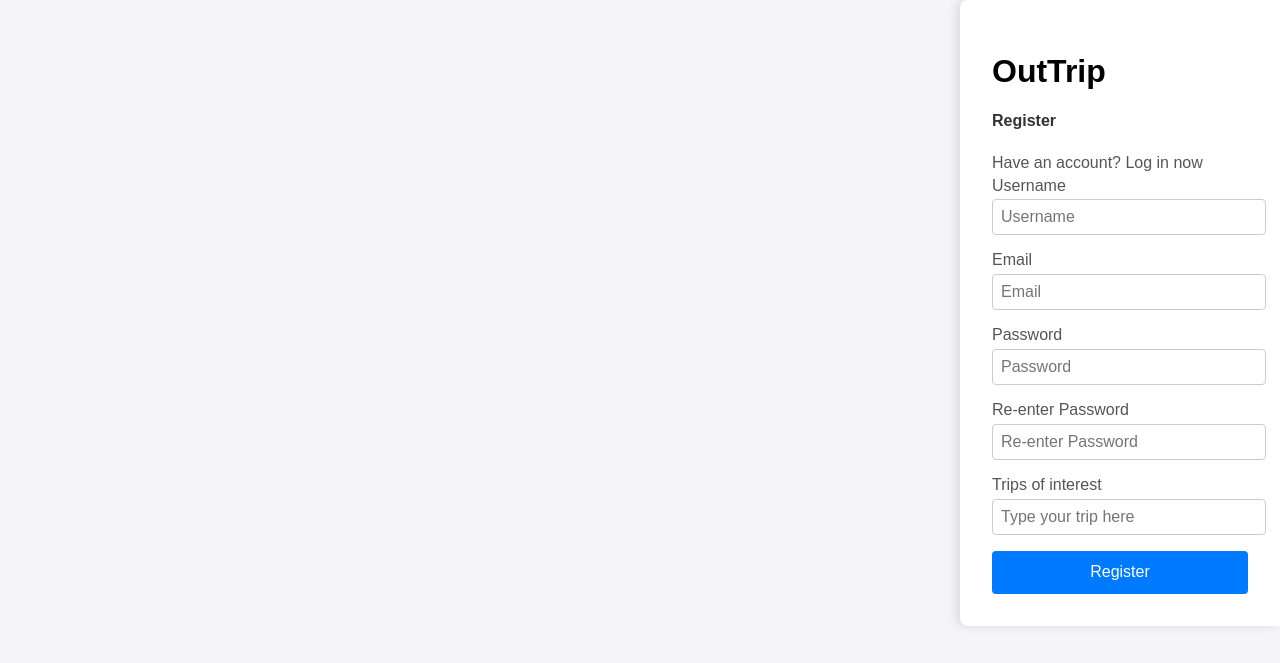
Repository: Nuttawut-Amattong/outtrip
Page: /register (app in OutTrip/)
An editor plug-in stored every save of this project. The page is shown before and after the next save, followed by the edit.
The browser window is 1280 px wide. The pictures show the whole page.
The project was rebuilt for these pictures with package versions that can differ from the ones it lists, and the page was loaded fresh each time. Also part of the build but not shown: OutTrip/vite.config.js, OutTrip/src/pages/Login.jsx, OutTrip/src/pages/Forgetpass.jsx.

Above is the page before, as saved 2025-05-19 01:00:33.

After the next save:
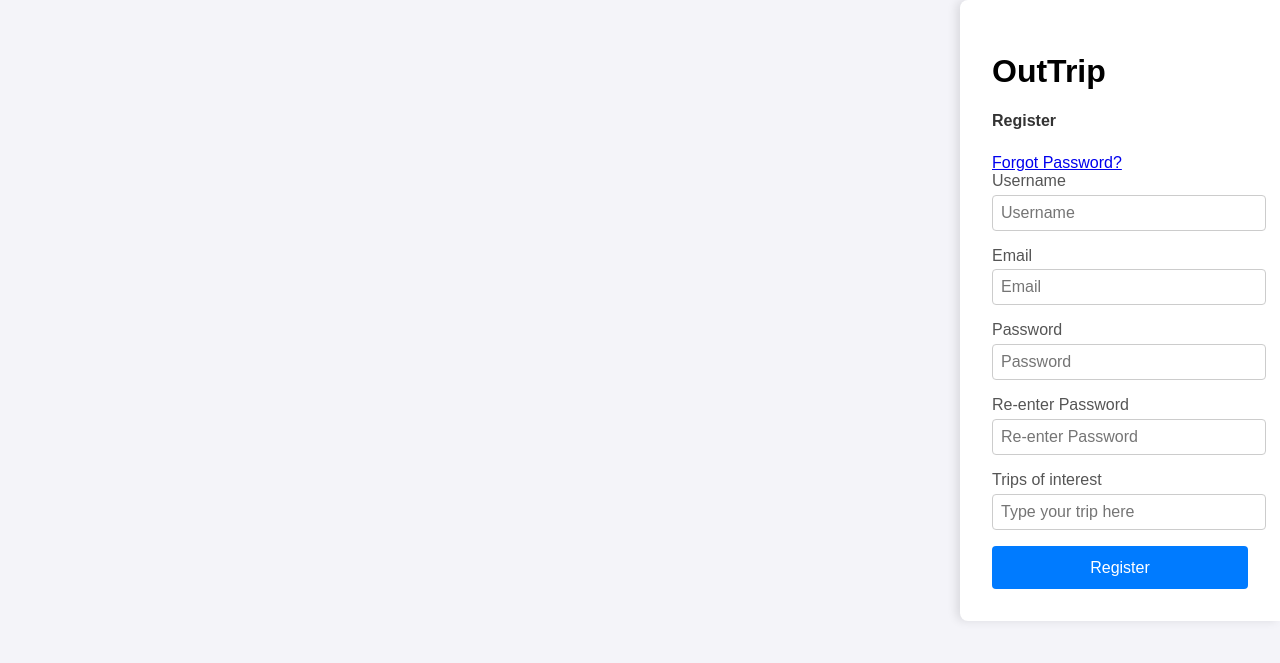
Saved 19 s later.
--- a/OutTrip/src/pages/Register.jsx
+++ b/OutTrip/src/pages/Register.jsx
@@ -36,7 +36,9 @@ const Register = () => {
         <div className="register-container">
             <h1>OutTrip</h1>
             <h2>Register</h2>
-            <label htmlFor="trip">Have an account? Log in now</label>
+            <div className="forgot-password-link">
+                        <a href="/forgot-password">Forgot Password?</a>
+                    </div>
             <form onSubmit={handleSubmit}>
                 <div>
                     <label htmlFor="username">Username</label>
